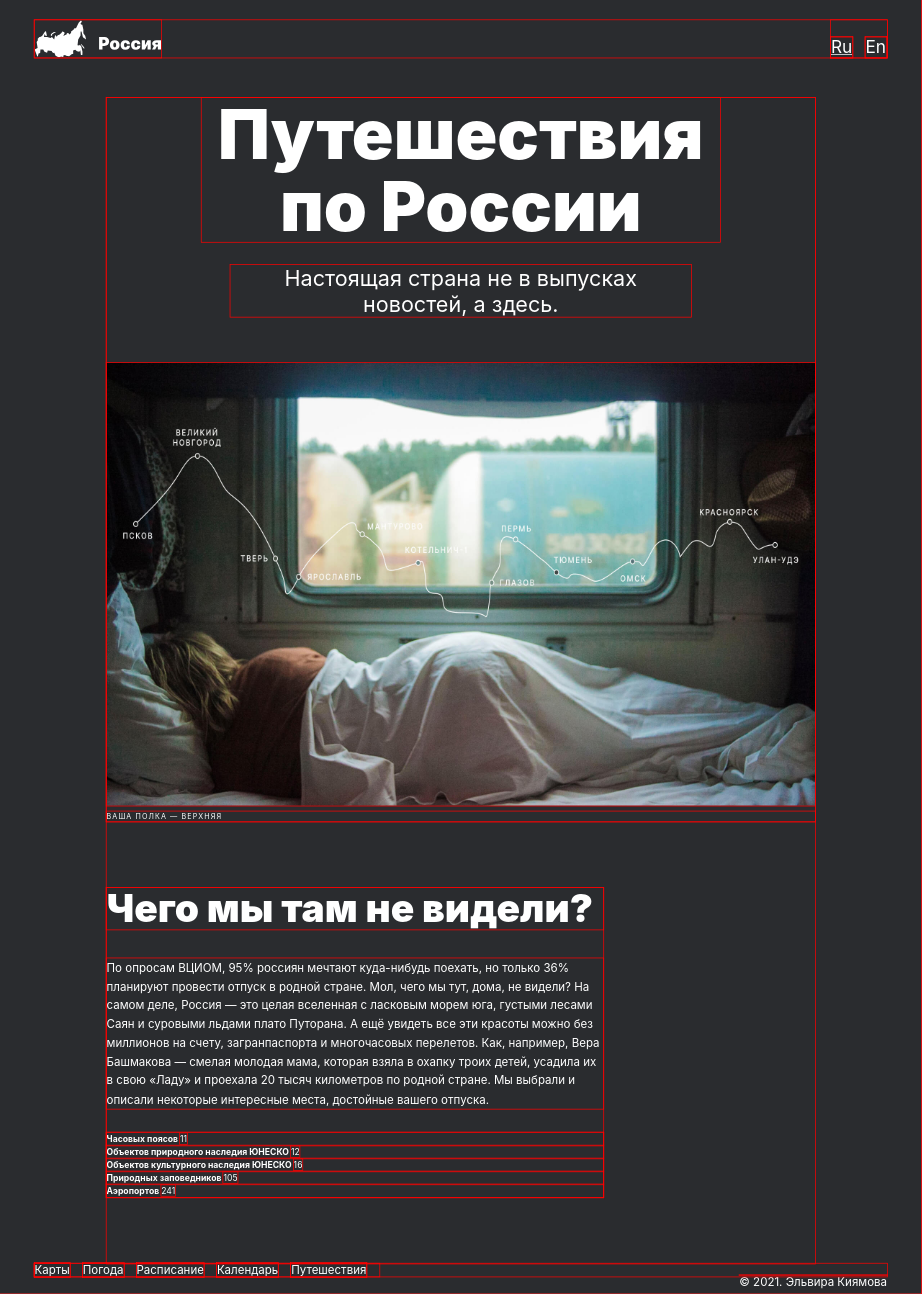
Repository: 89373611988/russia-travel
Page: index.html
An editor plug-in stored every save of this project. The page is shown before and after the next save, followed by the edit.
The browser window is 1280 px wide. The pictures show the whole page, at 72% of full size.
Some web fonts or font styles are not loaded; a fallback is used.

Above is the page before, as saved 2021-12-18 19:33:56.

After the next save:
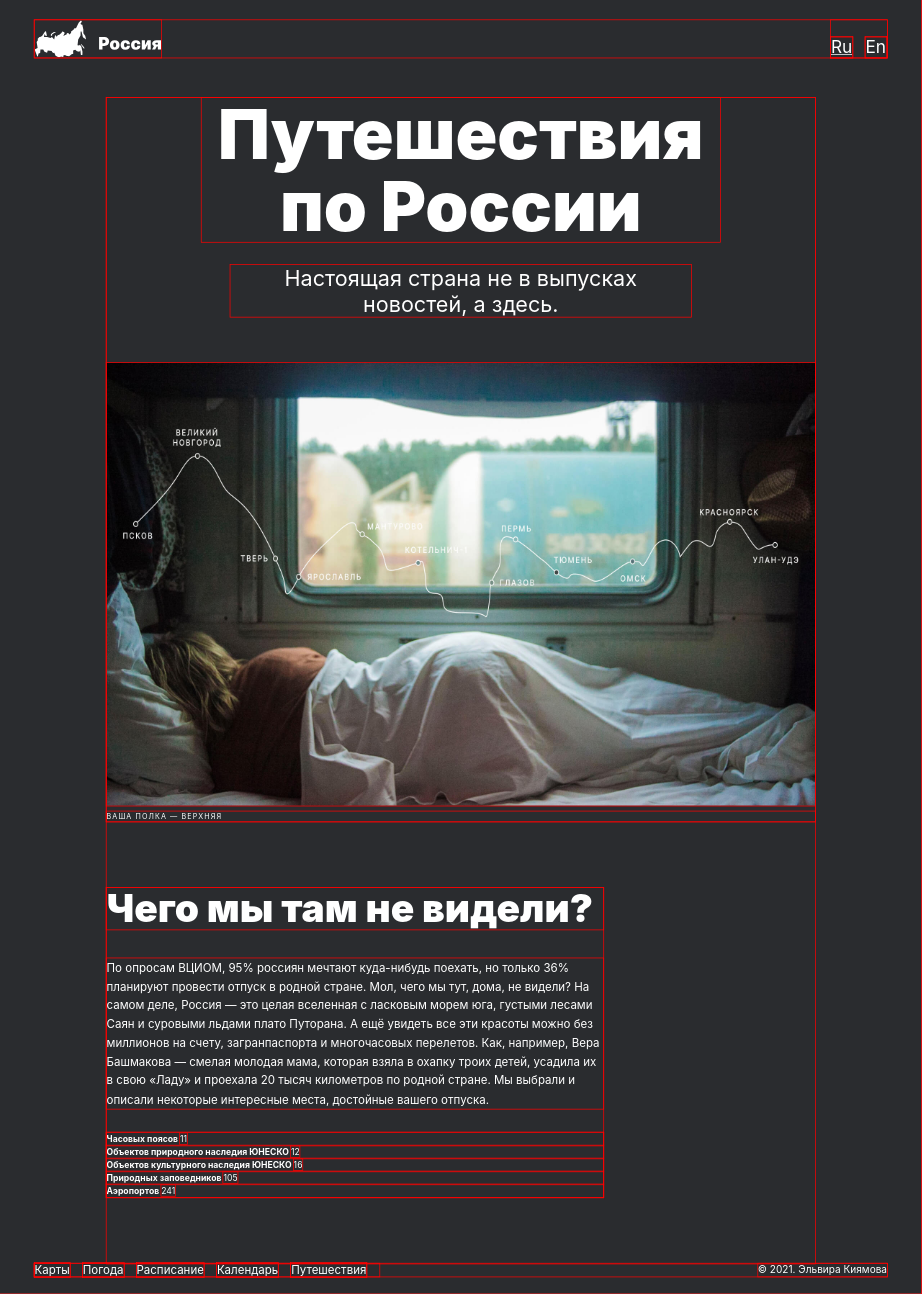
Saved 99 s later.
--- a/blocks/footer/__copyight/footer__copyight.css
+++ b/blocks/footer/__copyight/footer__copyight.css
@@ -1,4 +1,4 @@
-.footer__copyight {
+.footer__copyright {
   margin: 0;
   font-size: 14px;
   line-height: 16px;
